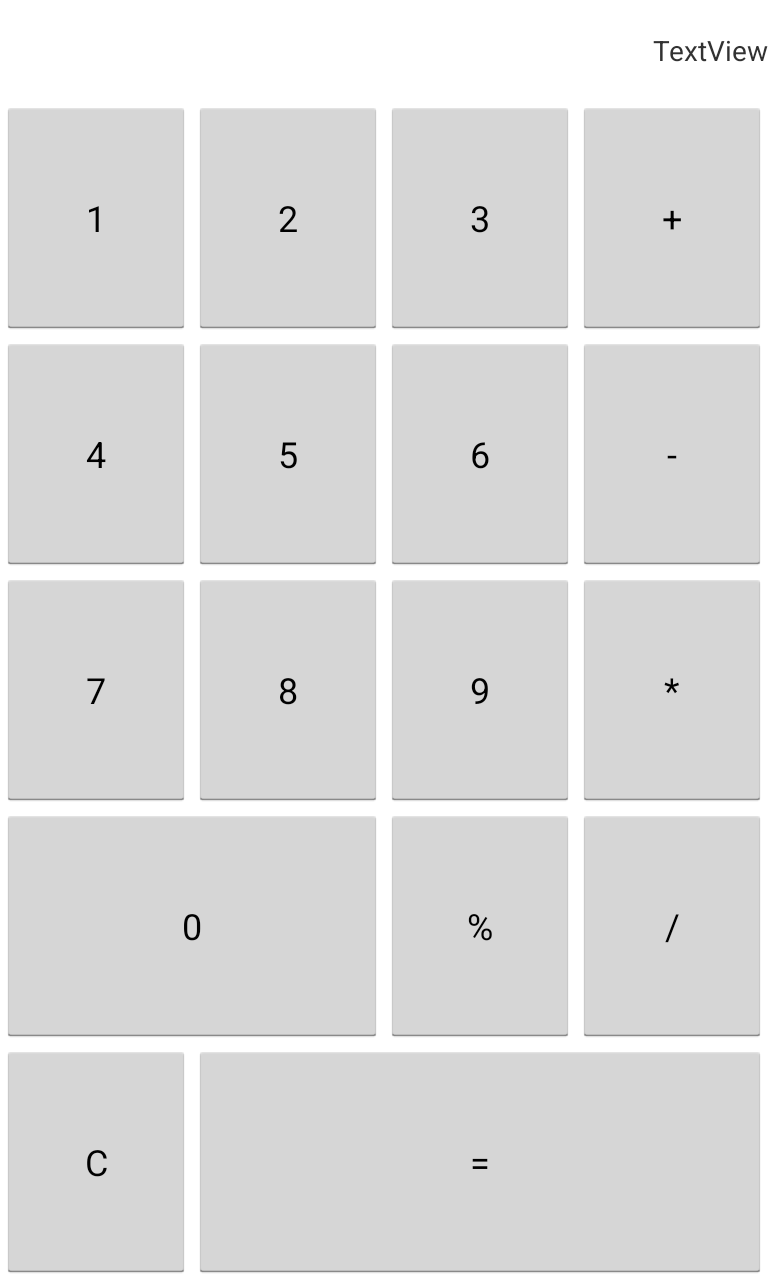
Repository: DoTrungKien96/Android
Layout: Baitap Android/thuchanh1/res/layout/activity_main.xml
These files come from the project's save history. The layout is drawn as it stood at one moment and after the next save; the edit follows.
It is drawn on a 768 x 1280 px phone screen (xhdpi) without system bars, with theme AppTheme; the app's code is not run.

Above is the layout before, as saved 2017-05-08 13:11:50.

### Baitap Android/thuchanh1/res/layout/activity_main.xml
<LinearLayout xmlns:android="http://schemas.android.com/apk/res/android"
    xmlns:tools="http://schemas.android.com/tools"
    android:layout_width="match_parent"
    android:layout_height="match_parent"

    tools:context=".MainActivity"
    android:orientation="vertical"
    >

    <RelativeLayout
        android:layout_width="match_parent"
        android:layout_height="50dp" >

        <TextView
            android:id="@+id/textView1"
            android:layout_width="wrap_content"
            android:layout_height="wrap_content"
            android:layout_alignParentRight="true"
            android:layout_centerVertical="true"
            android:text="TextView" />

    </RelativeLayout>

    <LinearLayout
        android:layout_width="match_parent"
        android:layout_height="0dp"
        android:layout_weight="1" >

        <Button
            android:id="@+id/button1"
            android:layout_width="0dp"
            android:layout_height="match_parent"
            android:layout_weight="1"
            android:text="1" />

        <Button
            android:id="@+id/button2"
            android:layout_width="0dp"
            android:layout_height="match_parent"
            android:layout_weight="1"
            android:text="2" />

        <Button
            android:id="@+id/button3"
            android:layout_width="0dp"
            android:layout_height="match_parent"
            android:layout_weight="1"
            android:text="3" />

        <Button
            android:id="@+id/button4"
            android:layout_width="0dp"
            android:layout_height="match_parent"
            android:layout_weight="1"
            android:text="+" />

    </LinearLayout>

    <LinearLayout
        android:layout_width="match_parent"
        android:layout_height="0dp"
        android:layout_weight="1" >

        <Button
            android:id="@+id/button9"
            android:layout_width="0dp"
            android:layout_height="match_parent"
            android:layout_weight="1"
            android:text="4" />

        <Button
            android:id="@+id/button11"
            android:layout_width="0dp"
            android:layout_height="match_parent"
            android:layout_weight="1"
            android:text="5" />

        <Button
            android:id="@+id/button12"
            android:layout_width="0dp"
            android:layout_height="match_parent"
            android:layout_weight="1"
            android:text="6" />

        <Button
            android:id="@+id/button13"
            android:layout_width="0dp"
            android:layout_height="match_parent"
            android:layout_weight="1"
            android:text="-" />

    </LinearLayout>

    <LinearLayout
        android:layout_width="match_parent"
        android:layout_height="0dp"
        android:layout_weight="1" >

        <Button
            android:id="@+id/button14"
            android:layout_width="0dp"
            android:layout_height="match_parent"
            android:layout_weight="1"
            android:text="7" />

        <Button
            android:id="@+id/button15"
            android:layout_width="0dp"
            android:layout_height="match_parent"
            android:layout_weight="1"
            android:text="8" />

        <Button
            android:id="@+id/button16"
            android:layout_width="0dp"
            android:layout_height="match_parent"
            android:layout_weight="1"
            android:text="9" />

        <Button
            android:id="@+id/button17"
            android:layout_width="0dp"
            android:layout_height="match_parent"
            android:layout_weight="1"
            android:text="*" />

    </LinearLayout>

    <LinearLayout
        android:layout_width="match_parent"
        android:layout_height="0dp"
        android:layout_weight="1" >

        <Button
            android:id="@+id/button5"
            android:layout_width="0dp"
            android:layout_height="match_parent"
            android:layout_weight="2"
            android:text="0" />

        <Button
            android:id="@+id/button6"
            android:layout_width="0dp"
            android:layout_height="match_parent"
            android:layout_weight="1"
            android:text="%" />

        <Button
            android:id="@+id/button7"
            android:layout_width="0dp"
            android:layout_height="match_parent"
            android:layout_weight="1"
            android:text="/" />

    </LinearLayout>

    <LinearLayout
        android:layout_width="match_parent"
        android:layout_height="0dp"
        android:layout_weight="1" >

        <Button
            android:id="@+id/button8"
            android:layout_width="0dp"
            android:layout_height="match_parent"
            android:layout_weight="1"
            android:text="C" />

        <Button
            android:id="@+id/button10"
            android:layout_width="0dp"
            android:layout_height="match_parent"
            android:layout_weight="3"
            android:text="=" />

    </LinearLayout>
</LinearLayout>

Loaded but not shown: Baitap Android/thuchanh1/res/values/styles.xml (common file); Baitap Android/thuchanh1/res/values-v11/styles.xml (common file); Baitap Android/thuchanh1/res/values-v14/styles.xml (common file)

After the next save:
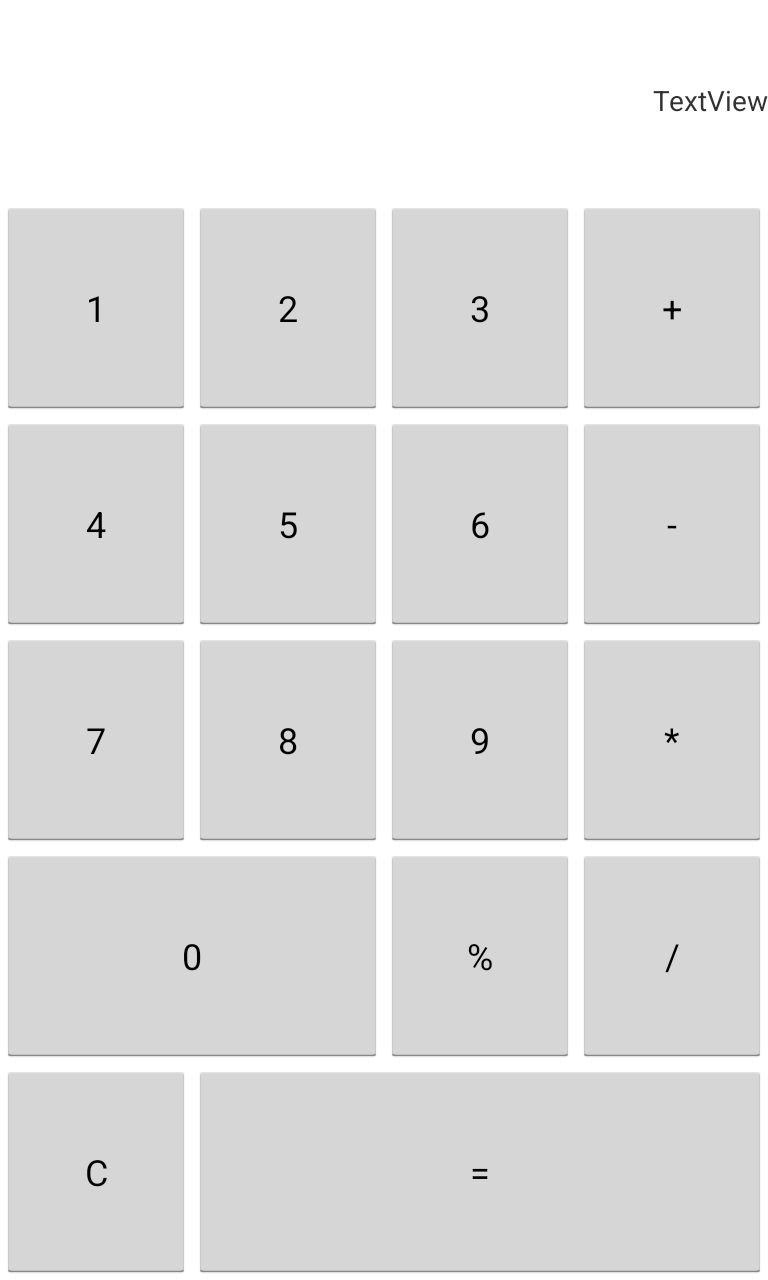
Saved 2 min 8 s later.
--- a/Baitap Android/thuchanh1/res/layout/activity_main.xml
+++ b/Baitap Android/thuchanh1/res/layout/activity_main.xml
@@ -9,7 +9,7 @@
 
     <RelativeLayout
         android:layout_width="match_parent"
-        android:layout_height="50dp" >
+        android:layout_height="100dp" >
 
         <TextView
             android:id="@+id/textView1"
